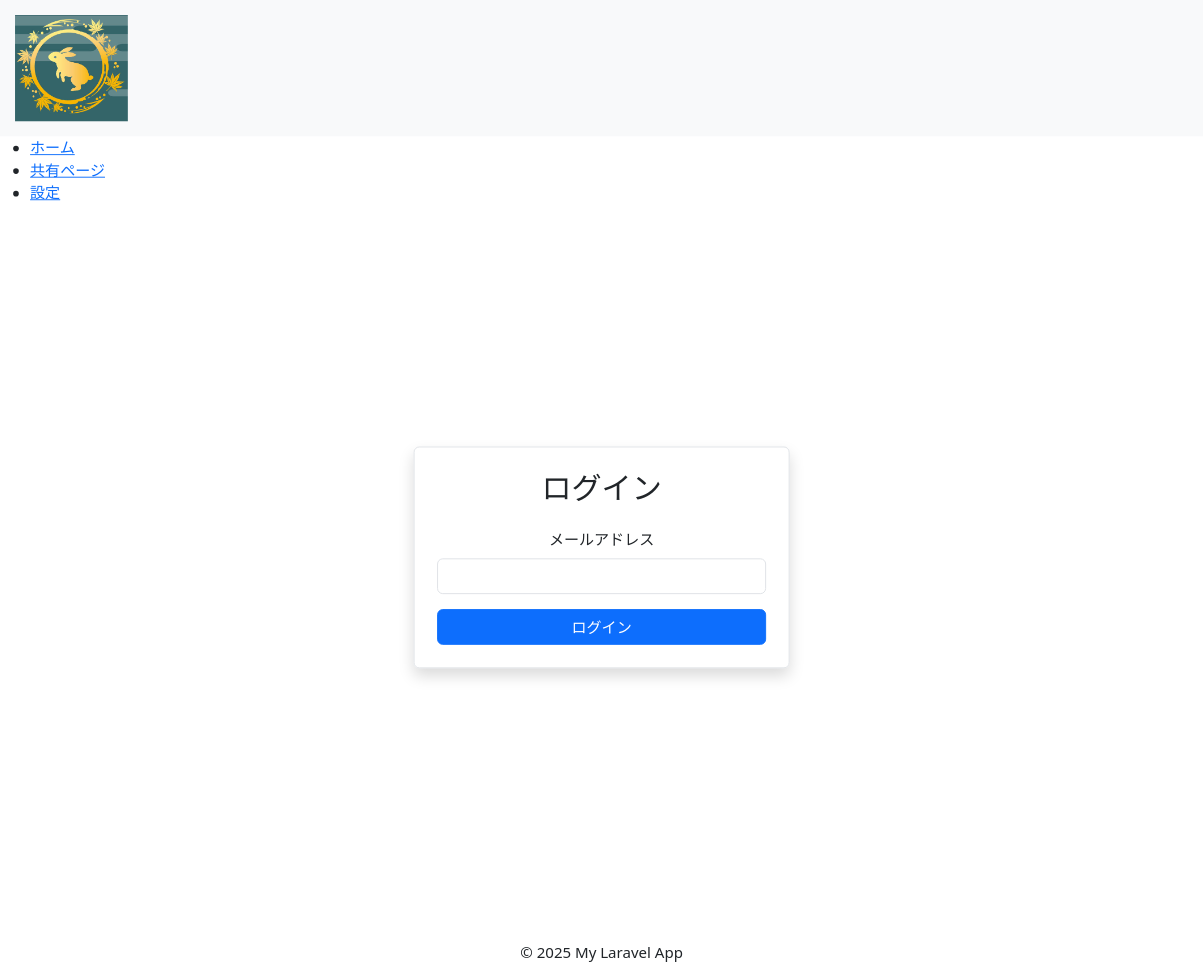
Repository: yoneza03/my-laravel-project
Page: http://localhost/login
The author's editor kept a copy of each file at every save. The page is drawn from the files as they stood at one save, then again after a run of saves.
The browser window is 1280 px wide. The pictures show the whole page, at 94% of full size.
The page is served by the project's Laravel application, run on PHP 8.4 with Laravel 12. Other server files are loaded and not shown.

Above is the page before, as saved 2025-06-04 20:50:02.

### app/routes/web.php
<?php

use Illuminate\Support\Facades\Route;
use App\Http\Controllers\HomeController;
use App\Http\Controllers\Auth\LoginController;
use App\Http\Controllers\ShoppingFuelController;
use App\Http\Controllers\SharedController;


Route::get('/', function () {
    return view('welcome');
});
Route::get('/', [HomeController::class, 'index'])->name('home');
// Route::get('/home', [HomeController::class, 'index'])->name('home');

Route::get('/login', [LoginController::class, 'showLoginForm'])->name('login');
Route::get('/login', [LoginController::class, 'showLoginForm'])->name('login');
Route::post('/login', [LoginController::class, 'login']);

Route::post('/shopping-fuel', [ShoppingFuelController::class, 'store'])->name('shoppingFuel.store');
Route::get('/shopping-fuel/{id}', [ShoppingFuelController::class, 'show'])->name('shoppingFuel.show');
Route::put('/shopping-fuel/{id}', [ShoppingFuelController::class, 'update'])->name('shoppingFuel.update');
Route::delete('/shopping-fuel/{id}', [ShoppingFuelController::class, 'destroy'])->name('shoppingFuel.destroy');
Route::get('/shopping-fuel', [ShoppingFuelController::class, 'index']);

Route::get('/shared', [SharedController::class, 'index']);
Route::get('/password-reset', [PasswordResetController::class, 'showRequestForm'])->name('password_reset_request');

### app/app/Http/Controllers/Auth/LoginController.php
<?php

namespace App\Http\Controllers\Auth;

use App\Http\Controllers\Controller;
use Illuminate\Http\Request;
use Illuminate\Support\Facades\Auth;

class LoginController extends Controller
{
    public function showLoginForm()
    {
        return view('auth.login');
    }

    public function login(Request $request)
    {
    $request->validate([
        'email' => 'required|email',
        'password' => 'required',
    ]);

    if (Auth::attempt($request->only('email', 'password'))) {
        return redirect()->route('home'); // ログイン成功時、ホーム画面へ遷移
    }

    // ログイン失敗時にエラーページへ遷移
    return response()->view('error_page', [
        'message' => 'ログイン情報が正しくありません。',
        'back_url' => route('login')
    ], 403);
    }
}

### app/resources/views/auth/login.blade.php
<!DOCTYPE html>
<html lang="ja">
<head>
    <meta charset="UTF-8">
    <title>ログイン</title>
    <link rel="stylesheet" href="{{ asset('css/style.css') }}">
    <link rel="stylesheet" href="https://cdn.jsdelivr.net/npm/bootstrap@5.3.0/dist/css/bootstrap.min.css">
</head>
<body>
{{--
    <h1>ログイン画面</h1>
    <form action="{{ route('login') }}" method="POST">
        @csrf
        <label for="email">メールアドレス:</label>
        <input type="email" name="email" required>
        <label for="password">パスワード:</label>
        <input type="password" name="password" required>
        <button type="submit">ログイン</button>
    </form> --}}
    @extends('layouts.app')

    @section('content')
    <div class="container d-flex justify-content-center align-items-center vh-100">
        <div class="border rounded p-4 shadow text-center" style="width: 400px;">
            <h2 class="mb-4">ログイン</h2>

            <!-- メールアドレスフォーム -->
            <form action="{{ route('login') }}" method="POST">
                @csrf
                <div class="mb-3">
                    <label for="email" class="form-label">メールアドレス</label>
                    <input type="email" name="email" class="form-control" required>
                </div>

                <!-- パスワードフォーム -->
                {{-- <div class="mb-3">
                    <label for="password" class="form-label">パスワード</label>
                    <input type="password" name="password" class="form-control" required>
                </div> --}}

                <!-- パスワードリセット -->
                {{-- <div class="mb-3">
                    <a href="{{ route('password_reset_request') }}">パスワードを忘れた方はこちら</a>
                </div>
 --}}
                <!-- 新規登録 -->
                {{-- <div class="mb-4">
                    <a href="{{ route('register') }}" class="btn btn-outline-primary w-100">新規登録</a>
                </div> --}}

                <!-- ログインボタン -->
                <button type="submit" class="btn btn-primary w-100">ログイン</button>
            </form>
        </div>
    </div>
    @endsection
</body>
</html>

### app/resources/views/layouts/app.blade.php
<!DOCTYPE html>
<html lang="ja">
<head>
    <meta charset="UTF-8">
    <meta name="viewport" content="width=device-width, initial-scale=1">
    <title>@yield('title')</title>

    <!-- Bootstrap -->
    <link rel="stylesheet" href="https://cdn.jsdelivr.net/npm/bootstrap@5.3.0/dist/css/bootstrap.min.css">

    <!-- カスタム CSS -->
    <link rel="stylesheet" href="{{ asset('css/style.css') }}">
</head>
<body>
    @include('layouts.header')  {{-- ヘッダーを読み込み --}}
    @include('layouts.navbar')  {{-- ナビゲーションを読み込み --}}

    <div class="container">
        @yield('content')  {{-- 各ページの内容をここに埋め込む --}}
    </div>

    @include('layouts.footer')  {{-- フッターを読み込み --}}

    <!-- Bootstrap JS -->
    <script src="https://cdn.jsdelivr.net/npm/bootstrap@5.3.0/dist/js/bootstrap.bundle.min.js"></script>

    <!-- カスタム JavaScript -->
    <script src="{{ asset('js/script.js') }}"></script>
</body>
</html>

### app/resources/views/layouts/header.blade.php
<header class="d-flex justify-content-between align-items-center p-3 bg-light">
    <a href="{{ route('login') }}">
        <img src="{{ asset('images/logo.png') }}" alt="ロゴ" class="logo">
    </a>

    @if(Auth::check()) {{-- ログイン済みなら表示 --}}
        <a href="{{ route('logout') }}" class="btn btn-danger">ログアウト</a>
    @endif
    {{-- <nav>
        <ul>
            <li><a href="{{ url('/') }}">ホーム</a></li>
            <li><a href="{{ url('/shared') }}">共有ページ</a></li>
            <li><a href="{{ url('/profile') }}">プロフィール</a></li>
        </ul>
    </nav> --}}

</header>

### app/resources/views/layouts/navbar.blade.php
<nav>
    <ul>
        <li><a href="{{ url('/') }}">ホーム</a></li>
        <li><a href="{{ url('/shared') }}">共有ページ</a></li>
        <li><a href="{{ url('/settings') }}">設定</a></li>
    </ul>
</nav>

### app/resources/views/layouts/footer.blade.php
<footer class="text-center mt-5">
    <p>&copy; 2025 My Laravel App</p>
</footer>

### app/public/css/style.css
.logo {
    width: 120px;
    height: auto;
}

Loaded but not shown: app/app/Http/Controllers/Controller.php (common file)

After the next 2 saves:
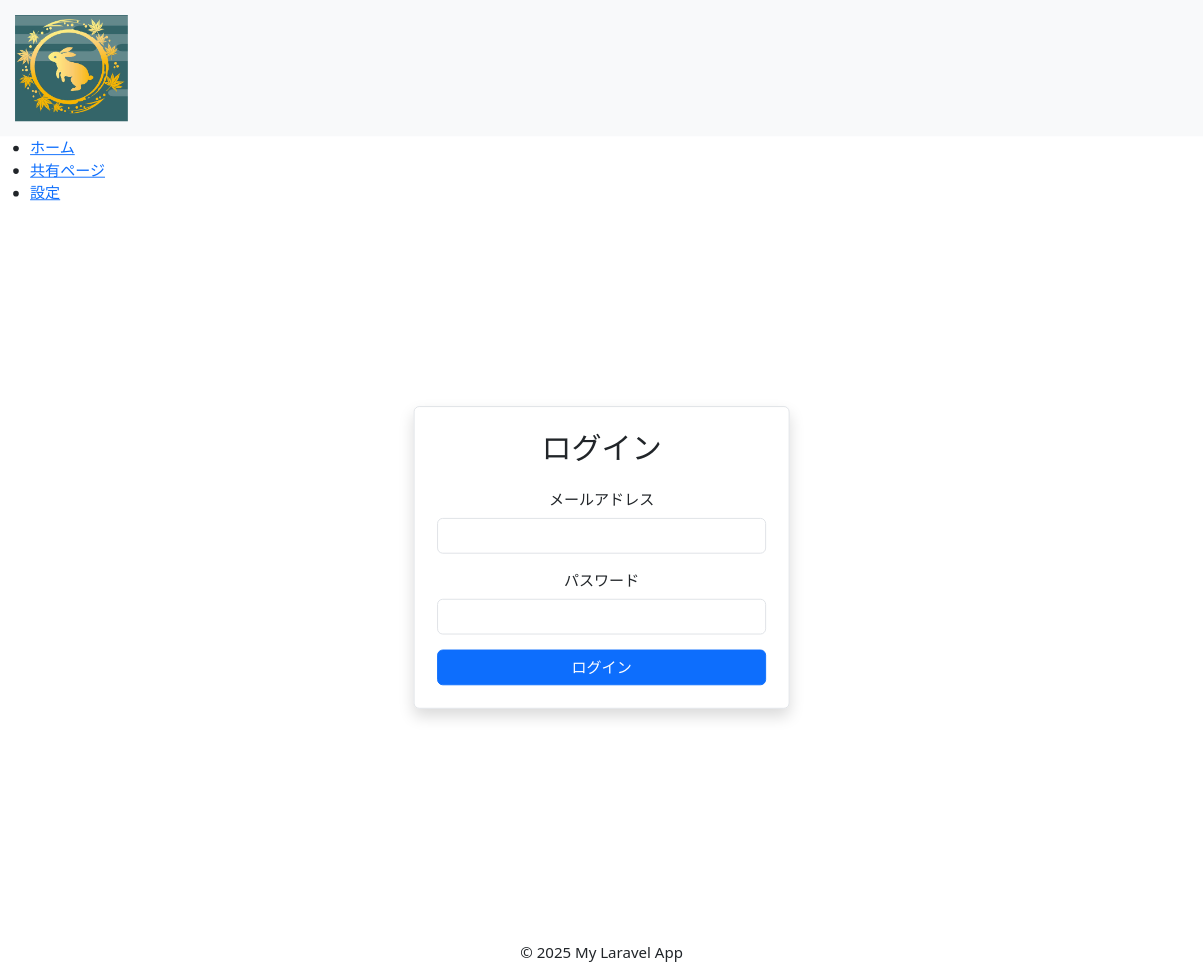
The 2 saves are shown as one change because 1 did not build or start.
The last was saved 112 s later.
--- a/app/resources/views/auth/login.blade.php
+++ b/app/resources/views/auth/login.blade.php
@@ -33,10 +33,10 @@
                 </div>
 
                 <!-- パスワードフォーム -->
-                {{-- <div class="mb-3">
+                <div class="mb-3">
                     <label for="password" class="form-label">パスワード</label>
                     <input type="password" name="password" class="form-control" required>
-                </div> --}}
+                </div>
 
                 <!-- パスワードリセット -->
                 {{-- <div class="mb-3">
